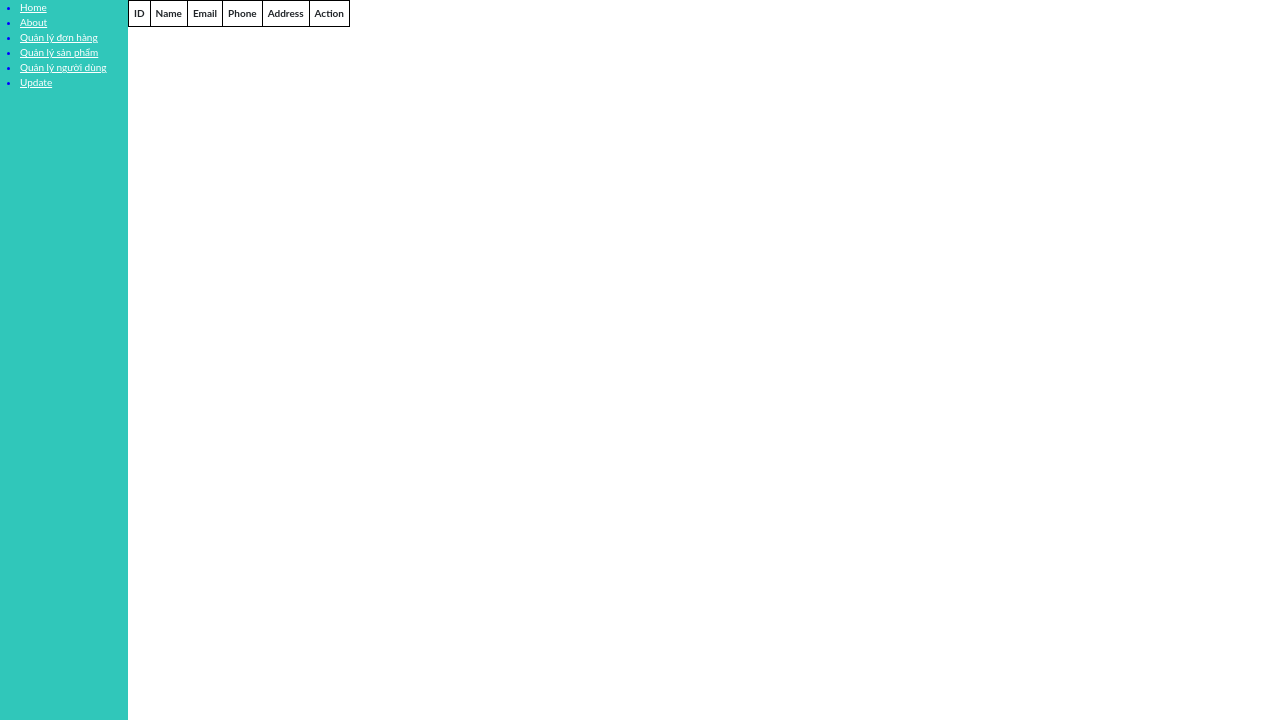
Repository: Hothidani/React
Page: /User (app in exa/my-react-router-A/)
These files come from the project's save history. The page is drawn as it stood at one moment and after the next save; the edit follows.
The browser window is 1280 px wide. The pictures show the whole page.
The page's requests for data from a server got no answer. The project was rebuilt for these pictures with package versions that can differ from the ones it lists, and the page was loaded fresh each time. No one was signed in, and anything a server would have sent is missing. Also part of the build but not shown: exa/my-react-router-A/src/component/Navigation.js, exa/my-react-router-A/src/component/Home.js, exa/my-react-router-A/src/component/About.js, exa/my-react-router-A/src/component/Service.js, exa/my-react-router-A/src/component/Contact.js, exa/my-react-router-A/src/component/AllProduct.js, exa/my-react-router-A/src/component/Add.js, exa/my-react-router-A/src/component/QlOder.js.

Above is the page before, as saved 2021-05-11 17:15:52.

### exa/my-react-router-A/public/index.html
<!DOCTYPE html>
<html lang="en">
  <head>
    <meta charset="utf-8" />
    <link rel="icon" href="%PUBLIC_URL%/favicon.ico" />
    <meta name="viewport" content="width=device-width, initial-scale=1" />
    <meta name="theme-color" content="#000000" />

    <meta
      name="description"
      content="Web site created using create-react-app"
    />
    <link rel="apple-touch-icon" href="%PUBLIC_URL%/logo192.png" />
    <!--
      manifest.json provides metadata used when your web app is installed on a
      user's mobile device or desktop. See https://developers.google.com/web/fundamentals/web-app-manifest/
    -->
    <link rel="manifest" href="%PUBLIC_URL%/manifest.json" />
    <link href="%PUBLIC_URL%/../../src/index.css">
    <link rel="stylesheet" href="https://maxcdn.bootstrapcdn.com/bootstrap/3.4.1/css/bootstrap.min.css">
    <script src="https://ajax.googleapis.com/ajax/libs/jquery/3.5.1/jquery.min.js"></script>
    <script src="https://maxcdn.bootstrapcdn.com/bootstrap/3.4.1/js/bootstrap.min.js"></script>
    <!--
      Notice the use of %PUBLIC_URL% in the tags above.
      It will be replaced with the URL of the `public` folder during the build.
      Only files inside the `public` folder can be referenced from the HTML.

      Unlike "/favicon.ico" or "favicon.ico", "%PUBLIC_URL%/favicon.ico" will
      work correctly both with client-side routing and a non-root public URL.
      Learn how to configure a non-root public URL by running `npm run build`.
    -->
    <title>React App</title>
  </head>
  <body>
    <noscript>You need to enable JavaScript to run this app.</noscript>
    <div id="root"></div>
    <!--
      This HTML file is a template.
      If you open it directly in the browser, you will see an empty page.

      You can add webfonts, meta tags, or analytics to this file.
      The build step will place the bundled scripts into the <body> tag.

      To begin the development, run `npm start` or `yarn start`.
      To create a production bundle, use `npm run build` or `yarn build`.
    -->
  </body>
</html>

### exa/my-react-router-A/src/index.js
import React from 'react';
import ReactDOM from 'react-dom';
import App from "./App";
// import AddForm from './App';
import reportWebVitals from './reportWebVitals';

ReactDOM.render(
  <React.StrictMode>
    <App></App>
  </React.StrictMode>,
  document.getElementById('root')
);

// If you want to start measuring performance in your app, pass a function
// to log results (for example: reportWebVitals(console.log))
// or send to an analytics endpoint. Learn more: https://bit.ly/CRA-vitals
reportWebVitals();

### exa/my-react-router-A/src/App.js
import React, { Component } from 'react';
import './App.css';
import './css.css';

import { BrowserRouter as Router, Route, NavLink, Link, Switch } from 'react-router-dom';
import Routers from './component/Routes';


const colorWord = { color: 'White' }
class App extends Component {
  render() {
    return (
      <Router>
{/* className="d-inline" */}
        <div className="a">
          <div className="nav" >
          <nav>
            <ul>
              <li ><Link to="/" style={colorWord}>Home</Link></li>
              <li ><Link to="/About" style={colorWord} >About</Link></li>
              <li > <Link to="/Order" style={colorWord}>Quản lý đơn hàng</Link></li>
              <li > <Link to="/AllProduct" style={colorWord}>Quản lý sản phẩm</Link></li>
              <li > <Link to="/User" style={colorWord}>Quản lý người dùng</Link></li>
              <li > <Link to="/Update" style={colorWord}>Update</Link></li>
            </ul>
          </nav>

          </div>
          <div  >
              <Switch>
                {this.showContentMenu(Routers)}
            </Switch>
          </div>
        </div>

      </Router>
    );

  }
  showContentMenu = (Routers) => {
    var result = null;
    if (Routers.length > 0) {
      result = Routers.map((route, index) => {
        return (

          <Route key={index} path={route.path} exact={route.exact} component={route.main} />
        );
      });
    }
    return result;
  }

}

export default App;

### exa/my-react-router-A/src/App.css
.App {
  text-align: center;
}

.nav{
  /* display: flex;
  justify-content: space-around; */
  /* align-items: center; */
  min-height: 10vh;
  width: 10%;
  height: 100vh;
  background: rgb(48, 199, 186);
  color:blue;
}
li{
  width: 100px;
}
/*
.nav-link{
  width: 50%;
  display: flex;
  align-items: center;
  justify-content: space-around;
  list-style: none;
  color: black;
} */

.a{
  display: flex;
}

/* .row{
  display: flex;
  align-items: center;
} */

### exa/my-react-router-A/src/css.css
* {
    padding: 0;
    margin: 0;
    border: none;
    font-family: 'Lato', sans-serif;
    box-sizing: border-box;
}

html {
    background-color: white;
    text-rendering: optimizeLegibility;
}

.clearfix::after {
    content: "";
    display: table;
    clear: both;
}

.form-control {
    border-radius: 40px;
    border-top-left-radius: 40px;
    border-top-right-radius: 40px;
    border-bottom-right-radius: 40px;
    border-bottom-left-radius: 40px;
}

.content-input {
    width: 500px;
    /* background: #00FFFF; */
}

.content-input-flex {
    display: flex;
    justify-content: space-between;
}

.content-input-footer {
    font-size: 18px;
    display: flex;
    justify-content: center;
}

.footer-logo {
    display: flex;
    justify-content: center;
}

input[class=form-control] {
    background: transparent;
    -webkit-border-radius: 20px;
    -moz-border-radius: 20px;
    border-radius: 20px;
    border: 1px solid none;
    color: #BB0000;
    width: 100%;
    padding-left: 10px;
}

input[class=form-control]:focus {
    outline: none;
    background: #99FFFF;
    border: 1px solid #2da8d9;
    color: #f33838;
}

input[class=form-control]:hover {
    background: #CCFFFF;
    border: 1px solid #2da8d9;
}

.content-input-wrap {
    border-radius: 10px;
    border: rgb(120, 199, 223);
    background-color: rgba(156, 212, 210, 0.4);
    position: relative;
    color: rgba(255, 255, 255, 0.2);
    /* box-shadow: 0px 20px 20px rgb(0 0 0 / 10%), 0px 30px 26px rgb(0 0 0 / 10%); */
}

.content-input-wrap h3 {
    font-weight: 300;
    color: #2da8d9;
}

.content-input-wrap .social {
    width: 100%;
}

.content-input-wrap .social a {
    width: 100%;
    display: block;
    border: 1px solid #00FFFF;
    color: rgba(243, 75, 9, 0.2);
    background: #99CCFF;
}

.content-input-wrap .social a:hover {
    background: rgba(214, 106, 5, 0.2);
    color: rgba(255, 255, 255, 0.2);
    border-color: #00FFFF;
}

.buttonn{
    display: flex;
    justify-content: space-around;
    align-items: center;
    min-width: 5%;

}

### exa/my-react-router-A/src/component/Routes.js
import React from 'react';
import {BrowserRouter as Router, Route} from 'react-router-dom';
import Navigation from './Navigation';
import Home from './Home'
import About from './About';
import Service from './Service';
import Contact from './Contact';
import AllProduct from './AllProduct';
import Update from './AllProduct';
import Add from './Add';
import User from './QLuser';
import Order from './QlOder';

const Routers = [
	{
		path : '/',
		exact : true,
		main : ()=> <Home />
	},
	{
		path : '/About',
		exact : true,
		main : ({match})=> <About match={match} />
	},
    {
		path : '/Contact',
		exact : true,
		main : ({match})=> <Contact match={match} />
	}
		,
		  {
			path : '/User',
			exact : true,
			main : ({match})=> <User match={match} />
		},
		{
		  path : '/AllProduct',
		  exact : true,
		  main : ({match})=> <AllProduct match={match} />
	  }
	  ,
	  {
		path : '/Add',
		exact : true,
		main : ({match})=> <Add match={match} />
	}
	,
	{
	  path : '/Update',
	  exact : true,
	  main : ({match})=> <Update match={match} />
  }
  ,
	{
	  path : '/Order',
	  exact : true,
	  main : ({match})=> <Order match={match} />
  }


]

export default Routers

### exa/my-react-router-A/src/component/QLuser.js
import React, { Component } from 'react';
import PropTypes from 'prop-types';
import '../QLuser.css';
import { NavLink } from 'react-router-dom';
import 'bootstrap/dist/css/bootstrap.min.css';
import axios from 'axios';
import { toast } from 'react-toastify';
class User extends Component {
    constructor(props) {
        super(props);
        this.state = {
            users: [],
            id: '',
            user_name: '',
            email: '',
            address: '',
            phone: '',
            user_avatar:''
        }
    }



    componentDidMount() {
        axios({
            method: 'GET',
            url: '  http://localhost:3000/users',
            data: null
        }).then(res => {
            this.setState({
                users: res.data
            });
        }).catch(err => {
        });
    }



    render() {
        return (
            <React.Fragment>
                <div className="content">

                                <table>
                                <tr>
                                    <th>ID</th>
                                    <th>Name</th>
                                    <th>Email</th>
                                    <th>Phone</th>
                                    <th>Address</th>
                                    <th>Action</th>
                                </tr>
                                {this.state.users.map(element => {
                        return (

                                <tr>
                                    <td>{element.id}</td>
                                    <td>{element.user_name}</td>
                                    <td>{element.email}</td>
                                    <td>{element.phone}</td>
                                    <td>{element.address}</td>
                                    <td>
                                        <button type="button"   className="btn btn-success">Block</button>
                                        <button type="button"   className="btn btn-danger">Block</button>
                                    </td>
                                </tr>

                                   );})}
                                 </table>
                </div>
            </React.Fragment>
        );
    }
}



export default User;

### exa/my-react-router-A/src/QLuser.css
 th, td {
     padding: 5px;
    border: 1px solid black;
    border-collapse: collapse;
  }
  table{
      width: 100%;
      border: 1px solid black;
    border-collapse: collapse;
  }

### exa/my-react-router-A/src/QLOrder.css
.content{
    display: flex;
  align-items: center;
  justify-content: space-around;
  list-style: none;
}
.content-a  {
    display: flex;
  align-items: center;
  justify-content: space-around;
  list-style: none;
}

Loaded but not shown: exa/my-react-router-A/src/reportWebVitals.js (common file)

After the next save:
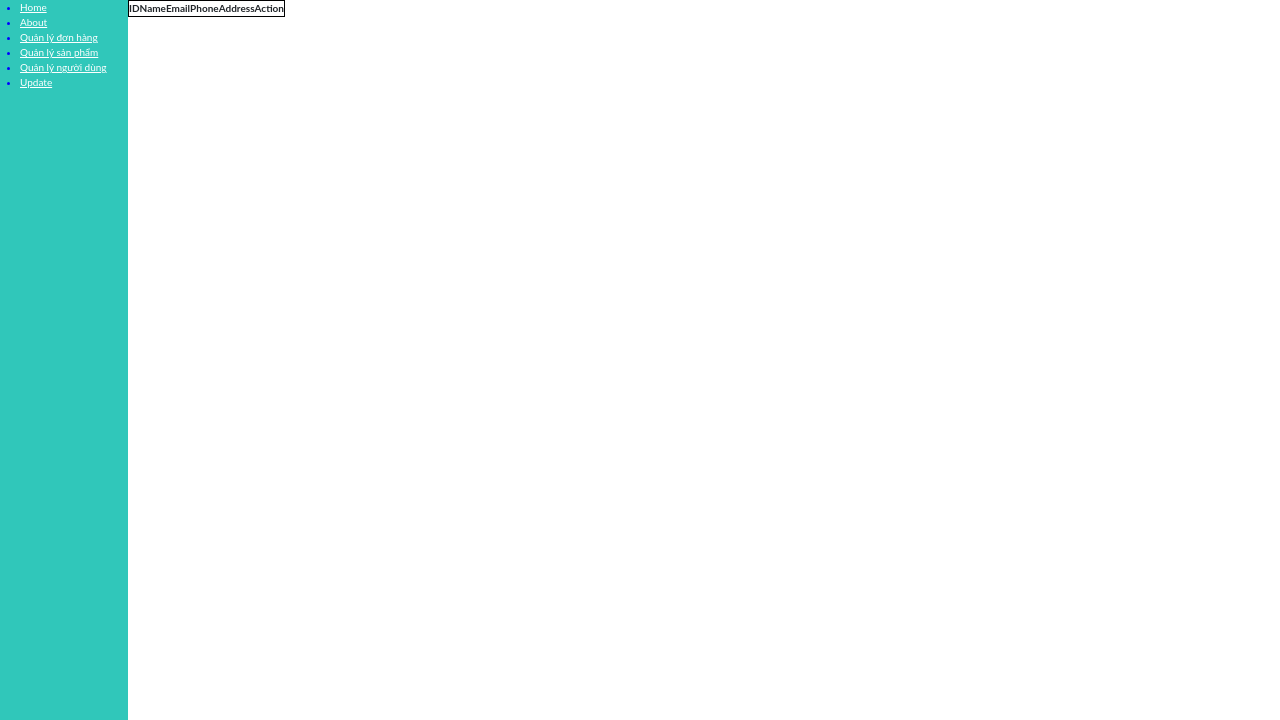
Saved 32 s later.
--- a/exa/my-react-router-A/src/QLuser.css
+++ b/exa/my-react-router-A/src/QLuser.css
@@ -1,4 +1,8 @@
- th, td {
+ th
+{
+    text-align: center;
+}
+  td {
      padding: 5px;
     border: 1px solid black;
     border-collapse: collapse;
